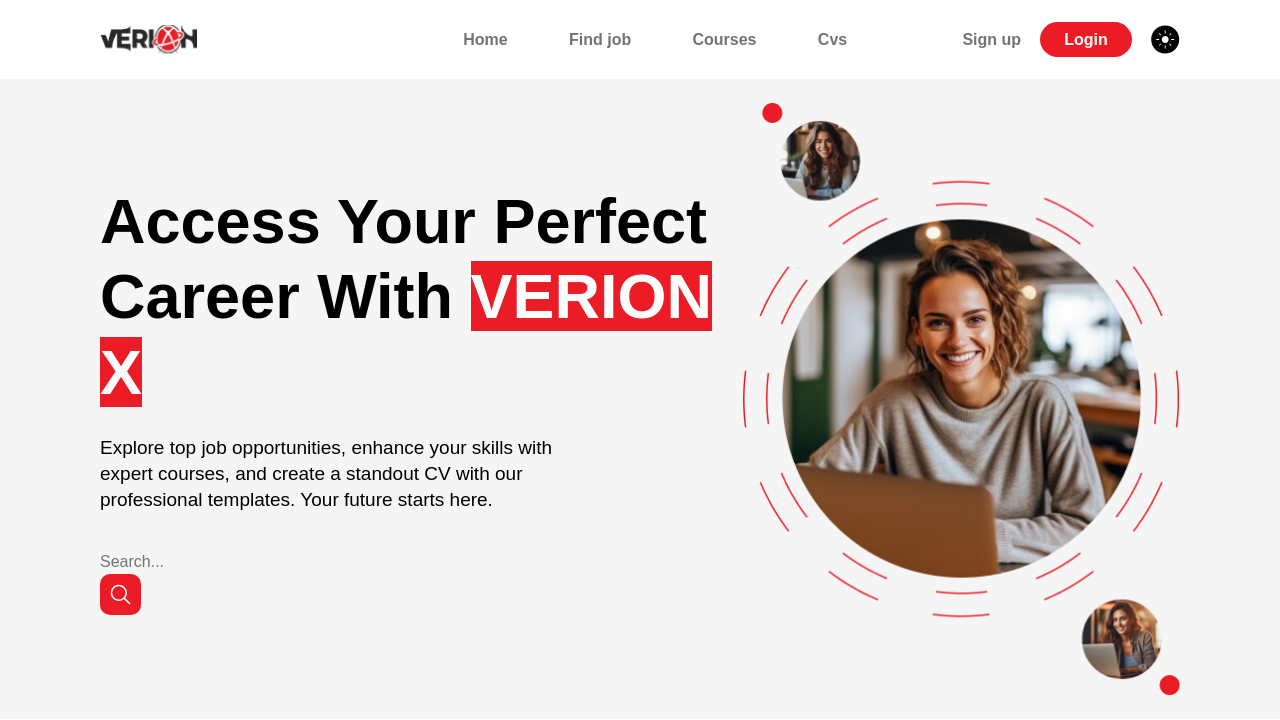
Repository: SahMenz/verionX
Page: /
These files come from the project's save history. The page is drawn as it stood at one moment and after the next save; the edit follows.
The browser window is 1280 px wide. The pictures show the whole page.
The project was rebuilt for these pictures with package versions that can differ from the ones it lists, and the page was loaded fresh each time. Also part of the build but not shown: vite.config.js.

Above is the page before, as saved 2024-06-14 14:54:38.

### src/App.jsx
import './App.css'
import Home from './components/home/home'
import 'bootstrap/dist/css/bootstrap.min.css';

function App() {

  return (
    <>
      <div>
          <Home />
      </div>
    </>
  )
}

export default App

### src/index.css
body {
    margin: 0;
    font-family: -apple-system, BlinkMacSystemFont, 'Segoe UI', 'Roboto', 'Oxygen',
      'Ubuntu', 'Cantarell', 'Fira Sans', 'Droid Sans', 'Helvetica Neue',
      sans-serif;
    -webkit-font-smoothing: antialiased;
    -moz-osx-font-smoothing: grayscale;
  }

  code {
    font-family: source-code-pro, Menlo, Monaco, Consolas, 'Courier New',
      monospace;
  }

  input{
    border: none;
    outline: none;
    background-color: transparent;
  }

  input[type="date"]::-webkit-inner-spin-button,
  input[type="date"]::-webkit-calendar-picker-indicator {
      display: none;
      -webkit-appearance: none;
  }

  button{
    outline: none;
    border: none;
  }

  textarea{
    background-color: transparent;
    border: none;
    outline: none;
  }

  @font-face {
    font-family: Quantico;
    src: url('./assets/fonts/Quantico.ttf');
  }

  @font-face {
    font-family: Poppins;
    src: url('./assets/fonts/Poppins.ttf');
  }

  @font-face {
    font-family: SourceSans;
    src: url('./assets/fonts/SourceSans.ttf');
  }


  /* Alerts */
  .alert-enter {
    opacity: 0;
    transform: scale(0.9);
  }
  .alert-enter-active {
    opacity: 1;
    transform: translateX(0);
    transition: opacity 300ms, transform 300ms;
  }
  .alert-exit {
    opacity: 1;
  }
  .alert-exit-active {
    opacity: 0;
    transform: scale(0.9);
    transition: opacity 300ms, transform 300ms;
  }




  /* ScrollBar  */
  /* width */
  ::-webkit-scrollbar {
    width: 5px;
  }

  /* Track */
  ::-webkit-scrollbar-track {
    background: #f1f1f1;
  }

  /* Handle */
  ::-webkit-scrollbar-thumb {
    background: #BD3193CC;
  }

  /* Handle on hover */
  ::-webkit-scrollbar-thumb:hover {
    background: rgba(189, 49, 147, 0.6);
  }

### src/App.css
*, *::before, *::after{
  padding: 0px;
  margin: 0px;
  box-sizing: border-box;
  font-family: "Rubik", sans-serif;
}
/* #root {
  max-width: 1280px;
  margin: 0 auto;
  padding: 2rem;
  text-align: center;
} */


/* BACKGROUND COLORS */

.bg-f5{
  background-color: #F5F5F5;
}
.bg-eb{
  background-color: #EB1C25;
}
.bg-ff{
  background-color: #fff;
}
.bg-d9{
  background-color: #D9D9D9;
  opacity: 20%;
}
.bg-00{
  background-color: #000;
}


/* FONT SIZES */

.txt-11{
  font-size: 11px;
}
.txt-13{
  font-size: 13px;
}
.txt-16{
  font-size: 16px;
}
.txt-19{
  font-size: 19px;
}
.txt-23{
  font-size: 23px;
}
.txt-45{
  font-size: 45px;
}
.txt-63{
  font-size: 63px;
}


/* TEXT COLOR */

.txt-eb{
  color:#EB1C25
}
.txt-f3{
  color: #737373
}
.txt-ff{
  color:#fff
}
.txt-00{
  color: #000;
}


/* FONT WEIGHT */

.fw-400{
  font-weight: 400;
}
.fw-500{
  font-weight: 500;
}
.fw-600{
  font-weight: 600;
}


/* LINE HEIGHT */

.lh-19{
  line-height: 19.2px;
}
.lh-75{
  line-height: 75.6px;
}
.lh-26{
  line-height: 26.38px;
}
.lh-22{
  line-height: 22.8px;
}
.lh-27{
  line-height: 27.6px;
}
.lh-15{
  line-height: 15.89px;
}
.lh-13{
  line-height: 13.2px;
}
.lh-54{
  line-height: 54px;
}
.lh-34{
  line-height: 34.5px;
}
.lh-67{
  line-height: 67.5px;
}
.lh-32{
  line-height: 32.2px;
}
.lh-18{
  line-height: 18.96px;
}

### src/components/home/home.jsx
import Navigation from "../navigation/navigation"
import Hero from "./hero/hero"

function Home() {
  return (
    <div >
        <Navigation />
        <Hero />
    </div>
  )
}

export default Home

### src/components/navigation/navigation.jsx
import logo from '../../assets/images/logo.svg'
import CustomSvg from '../customSvg/customSvg'
import './navigation.css'


function Navigation() {

  return (
    <div className="d-flex justify-content-between navContainer">
        <img src={logo} alt="" />
        <div className='d-none d-lg-flex navigationLink justify-content-between align-items-center'>
          <div className='d-flex justify-content-between align-items-center links'>
            <a href="#" className='small-txt lh-19 fw-600 text-decoration-none txt-f3'>Home</a>
            <a href="#" className='small-txt lh-19 fw-600 text-decoration-none txt-f3'>Find job</a>
            <a href="#" className='small-txt lh-19 fw-600 text-decoration-none txt-f3'>Courses</a>
            <a href="#" className='small-txt lh-19 fw-600 text-decoration-none txt-f3'>Cvs</a>
          </div>
          <div className='d-flex justify-content-between align-items-center switchmode'>
            <a href="#" className='small-txt lh-19 fw-600 text-decoration-none txt-f3'>Sign up</a>
            <a href="#" className='small-txt lh-19 fw-600 text-decoration-none txt-ff bg-eb px-4 py-2 rounded-5'>Login</a>
            <CustomSvg name="switchModes" className="cursor-pointer"/>
          </div>
        </div>
        <div className=' d-lg-none cursor-pointer' style={{width: "40px", height: "40px", display: 'flex', flexDirection: 'column', alignItems: "center", justifyContent: "center", gap: "5px"}}>
          <div style={{width : "30px", height:"3px", backgroundColor : 'black' }}></div>
          <div style={{width : "30px", height:"3px", backgroundColor : 'black' }}></div>
          <div style={{width : "30px", height:"3px", backgroundColor : 'black' }}></div>
        </div>
    </div>
  )
}

export default Navigation

### src/components/home/hero/hero.jsx
import accesYourPerfectImage from '../../../assets/images/accesYourPerfectImage.png';
import CustomSvg from '../../customSvg/customSvg';

function Hero() {
  return (
    <div className='d-flex align-items-center justify-content-between py-4 bg-f5' style={{padding: "0px 100px",}}>
        <div style={{width: "50vw", maxWidth:"800px"}}>
            <div className='txt-63 lh-75 txt-ff fw-600 txt-00' style={{width: "50vw", maxWidth:"733px"}}>Access Your Perfect Career With <span className='bg-eb fw-600 txt-ff'>VERION X</span></div>
            <div className='txt-00 lh-26 txt-19' style={{width:"39vw", maxWidth:"630px", padding:" 24px 0px 36px 0px"}}>
                Explore top job opportunities, enhance your skills with expert courses, and create a standout CV with our professional templates. Your future starts here.
            </div>
            <div className="search-container" >
                <input type="text" placeholder="Search..."  style={{width: "733px"}}/>
                <button className="bg-eb p-2" style={{borderRadius:"10px", border:"none"}}><CustomSvg name="search" style={{borderRadius:"10px" ,position: "absolute", right: "5px", top:"50%", transform: "translateY(-50%)"}}/></button>
            </div>
            <div></div>
        </div>
        <img src={accesYourPerfectImage} style={{width: "35vw", maxWidth:"437px"}} alt="three images" />
    </div>
  )
}

export default Hero

### src/components/navigation/navigation.css
.navContainer{
    padding: 22px 100px;
    box-shadow: 0px 10px 10px 10px rgba(0, 0, 0, 0.2);
}

.navigationLink{
    width: 56vw;
    min-width: 600px;
    max-width: 888px;
}
.links{
    width: 30vw;
    min-width: 300px;
    max-width: 482px;
}
.switchmode{
    width: 17vw;
    min-width: 200px;
    max-width: 254px;
}
@media screen and (min-width:325px) and (max-width:988px) {
    .navContainer{
        padding: 18px 60px;
    }
}

Loaded but not shown: src/main.jsx (common file); src/components/customSvg/customSvg.jsx (186 lines, source omitted)

After the next save:
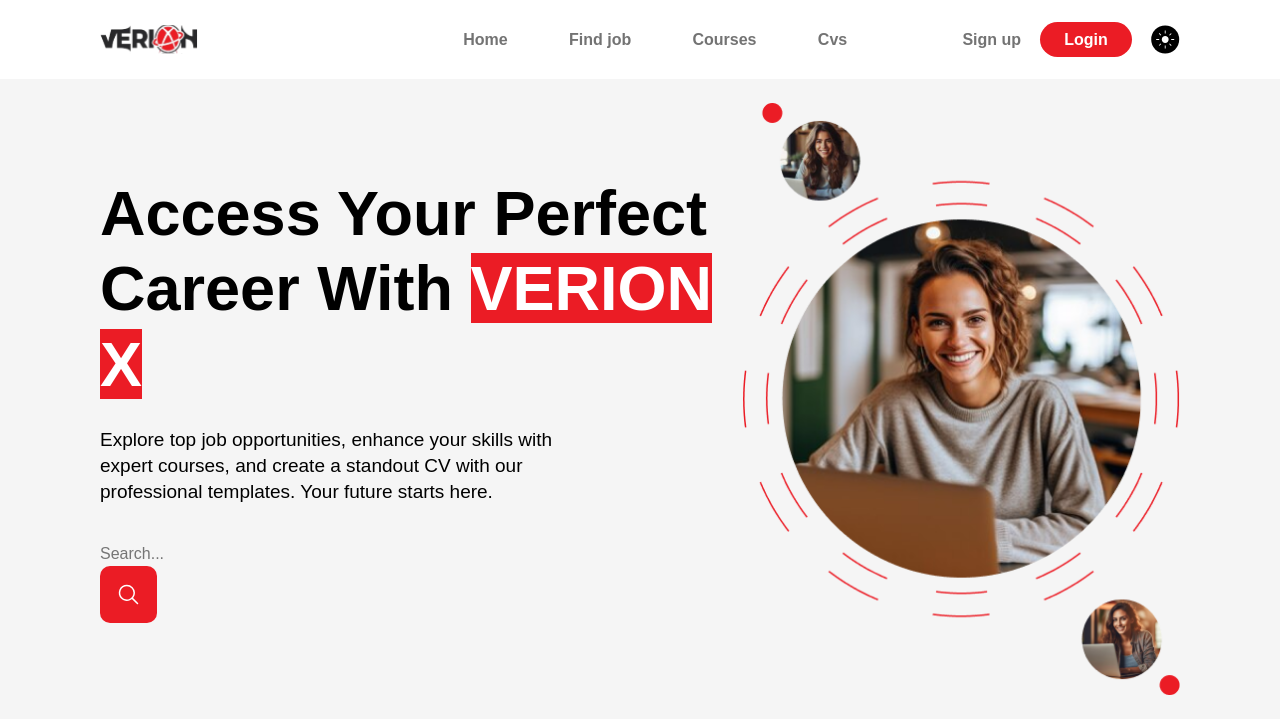
Saved 10 s later.
--- a/src/components/home/hero/hero.jsx
+++ b/src/components/home/hero/hero.jsx
@@ -11,7 +11,7 @@ function Hero() {
             </div>
             <div className="search-container" >
                 <input type="text" placeholder="Search..."  style={{width: "733px"}}/>
-                <button className="bg-eb p-2" style={{borderRadius:"10px", border:"none"}}><CustomSvg name="search" style={{borderRadius:"10px" ,position: "absolute", right: "5px", top:"50%", transform: "translateY(-50%)"}}/></button>
+                <button className="bg-eb p-3" style={{borderRadius:"10px", border:"none"}}><CustomSvg name="search" style={{borderRadius:"10px" ,position: "absolute", right: "5px", top:"50%", transform: "translateY(-50%)"}}/></button>
             </div>
             <div></div>
         </div>
